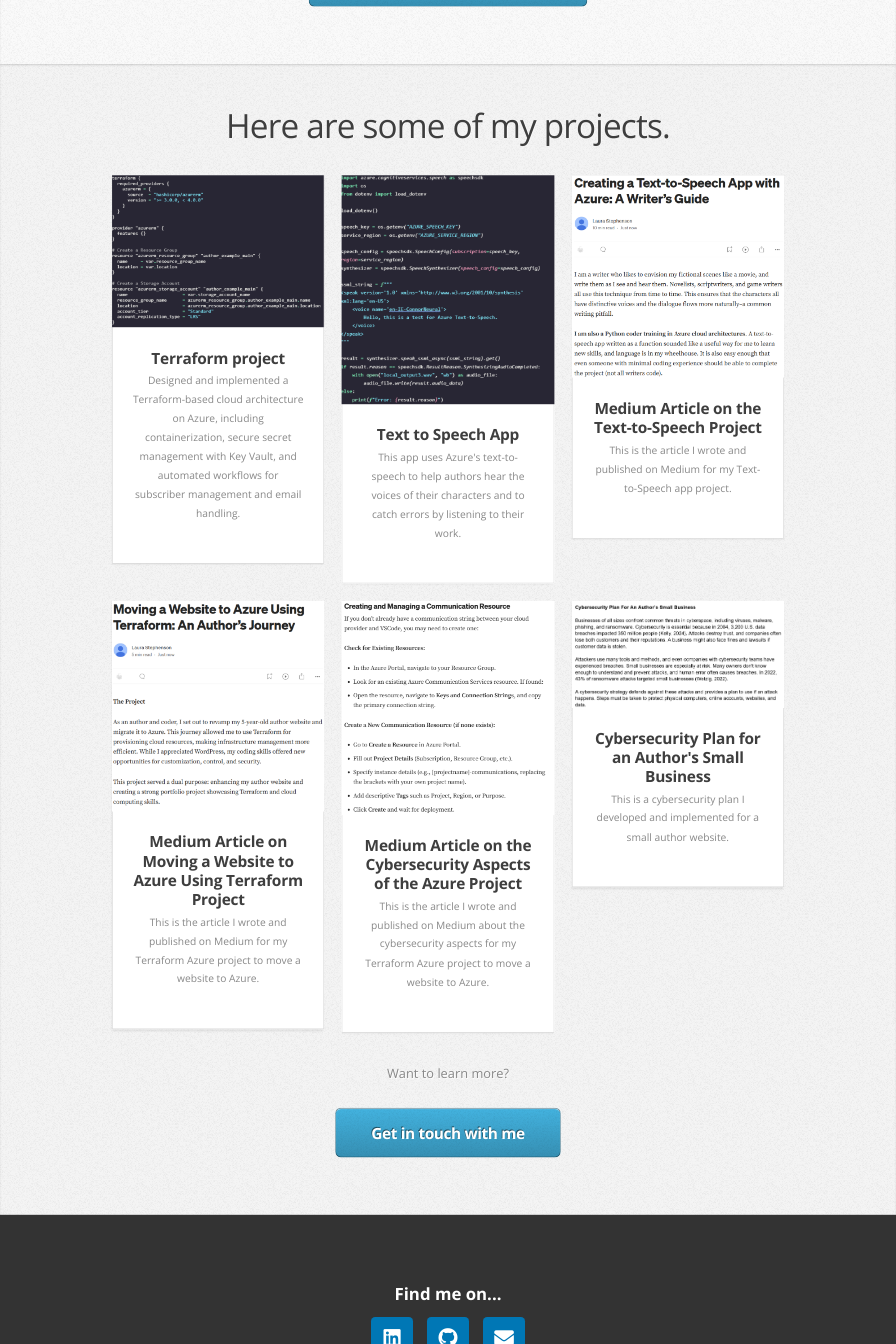
Repository: lauralstephenson/Portfolio_Personal
Page: index.html
The author's editor kept a copy of each file at every save. The page is drawn from the files as they stood at one save, then again after the next save.
The browser window is 1280 px wide. The pictures show the part of the page from y = 1919 to 3839 px (the page is 4048 px tall before and 4482 px after), at 70% of full size.
A picture or video elsewhere on the page could not be fetched, so the positions and the page height are approximate.

Above is the page before, as saved 2026-04-23 15:57:53.

After the next save:
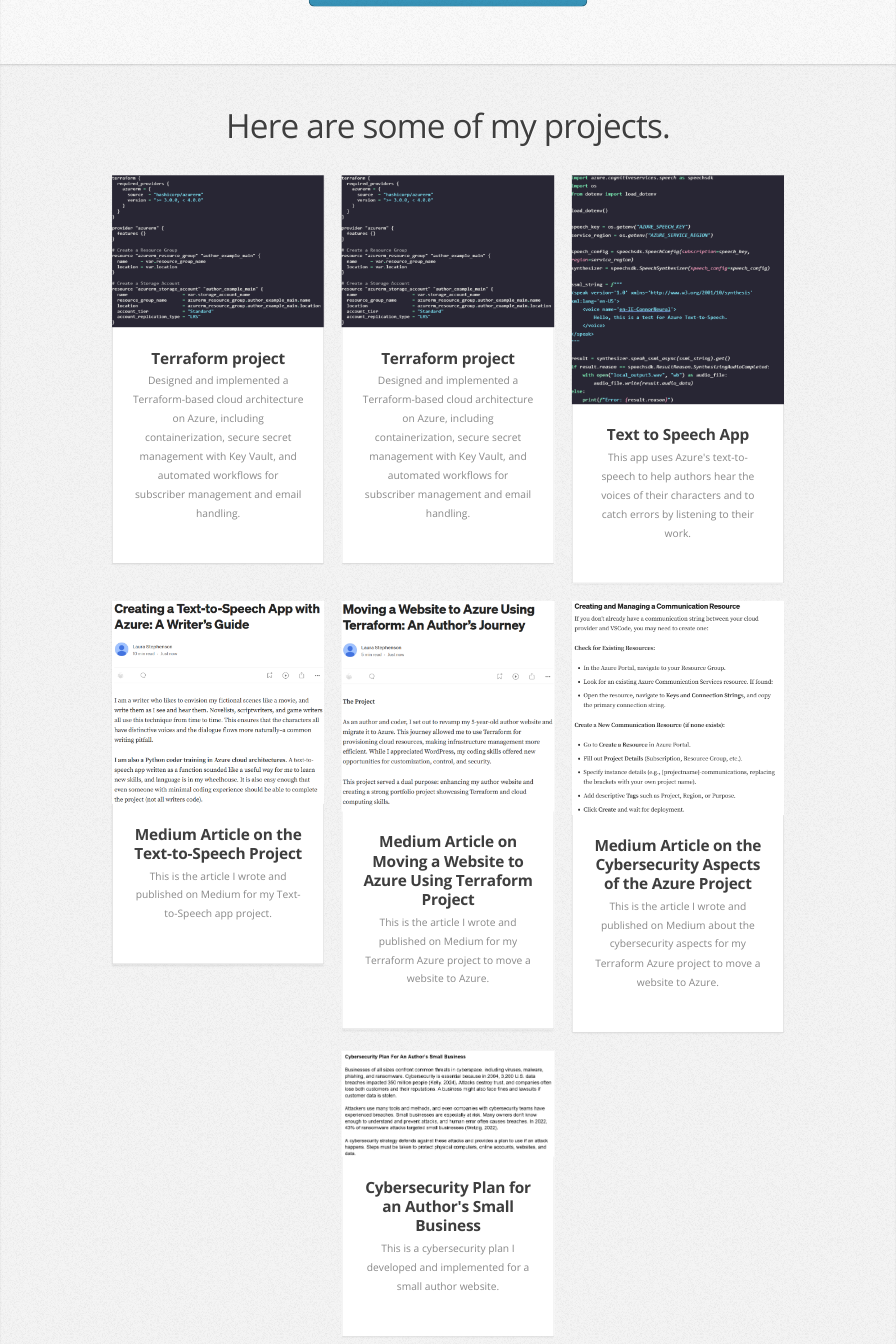
Saved 4 s later.
--- a/index.html
+++ b/index.html
@@ -104,7 +104,16 @@
 						<h1>Here are some of my projects.</h1>
 					</header>
 					<div class="row aln-center equal-height">
-
+							<div class="col-4 col-6-medium col-12-small">
+							<article class="box style2">
+								<div class="box-content">
+									<a href="https://github.com/lauralstephenson/pseudocode_terraform_examples_for_website" class="image featured"><img src="images\terraform_portfolio_pic.png" alt="" /></a>
+									<h3><a href="https://github.com/lauralstephenson/pseudocode_terraform_examples_for_website">Terraform project</a></h3>
+									<p>Designed and implemented a Terraform-based cloud architecture on Azure, including containerization, secure secret management with Key Vault, and automated workflows for subscriber management and email handling.</p>
+									</p>
+								</div>
+							</article>
+						</div>
 						<div class="col-4 col-6-medium col-12-small">
 							<article class="box style2">
 								<div class="box-content">
